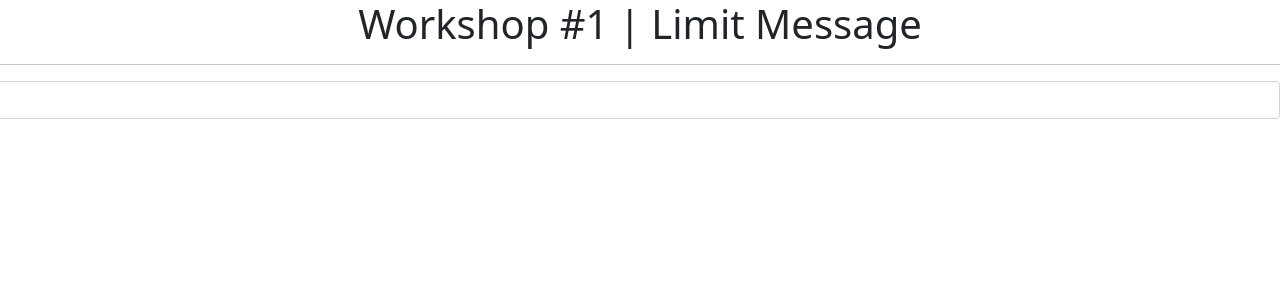
Repository: sawankapatu/vue-cli
Page: /
These files come from the project's save history. The page is drawn as it stood at one moment and after the next save; the edit follows.
The browser window is 1280 px wide. The pictures show the whole page.
The project was rebuilt for these pictures with package versions that can differ from the ones it lists, and the page was loaded fresh each time.

Above is the page before, as saved 2021-11-01 22:39:20.

### src/App.vue
<template>
  <div id="app">
    <h1 align="center">Workshop #1 | Limit Message</h1>
    <hr>
    <div class="input-group">
      <div class="input-group-prepend"></div>
      <input type="text" class="form-control">
    </div>
  </div>
</template>

<script>
export default {
  name: 'App',
}
</script>

Loaded but not shown: public/index.html (common file); src/main.js (common file)

After the next save:
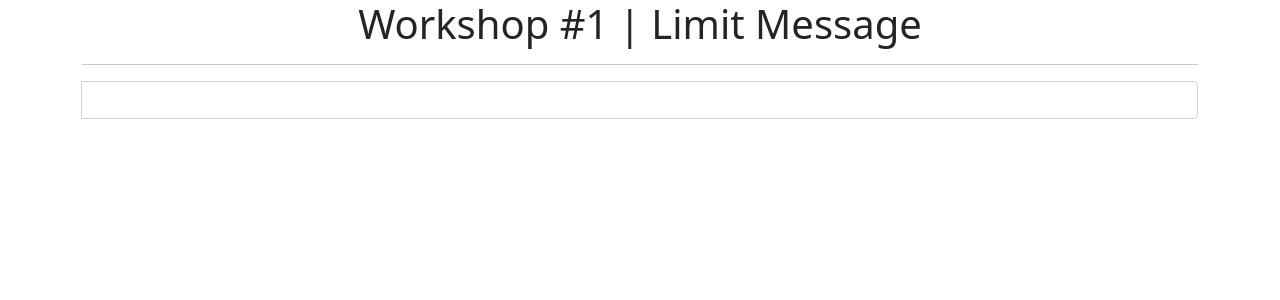
Saved 81 s later.
--- a/src/App.vue
+++ b/src/App.vue
@@ -1,10 +1,12 @@
 <template>
   <div id="app">
-    <h1 align="center">Workshop #1 | Limit Message</h1>
-    <hr>
-    <div class="input-group">
-      <div class="input-group-prepend"></div>
-      <input type="text" class="form-control">
+    <div class="container">
+      <h1 align="center">Workshop #1 | Limit Message</h1>
+      <hr>
+      <div class="input-group">
+        <div class="input-group-prepend"></div>
+        <input type="text" class="form-control">
+      </div>
     </div>
   </div>
 </template>
